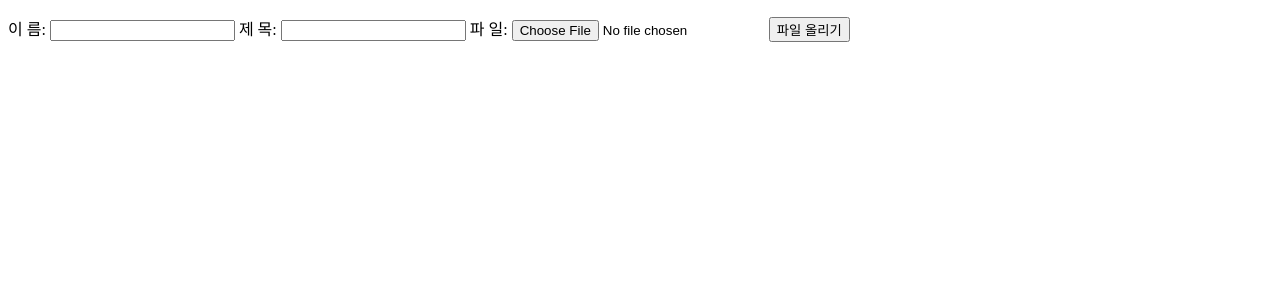
Repository: SJM7301/KH-JSP
Page: http://localhost/JSPBook/ch07/fileupload01.jsp
An editor plug-in stored every save of this project. The page is shown before and after the next save, followed by the edit.
The browser window is 1280 px wide. The pictures show the whole page.
The page is served by Tomcat 10.

Above is the page before, as saved 2025-02-05 08:16:06.

After the next save:
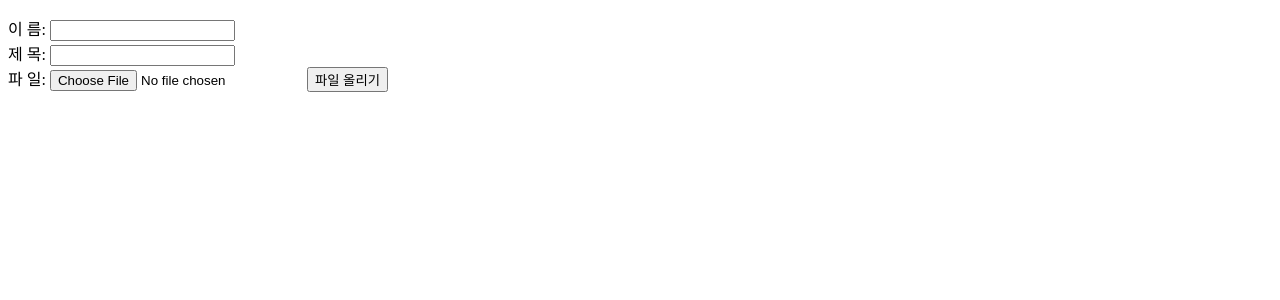
Saved 7 s later.
--- a/JSPBook/src/main/webapp/ch07/fileupload01.jsp
+++ b/JSPBook/src/main/webapp/ch07/fileupload01.jsp
@@ -9,8 +9,8 @@
 <body>
 	<form action="fileupload01_process.jsp" name="fileForm" method="post" enctype="multipart/form-data">
 		<p>
-			이 름: <input type="text" name="name">
-			제 목: <input type="text" name="subject">
+			이 름: <input type="text" name="name"><br>
+			제 목: <input type="text" name="subject"><br>
 			파 일: <input type="file" name="filename">
 
 			<input type="submit" value="파일 올리기">
